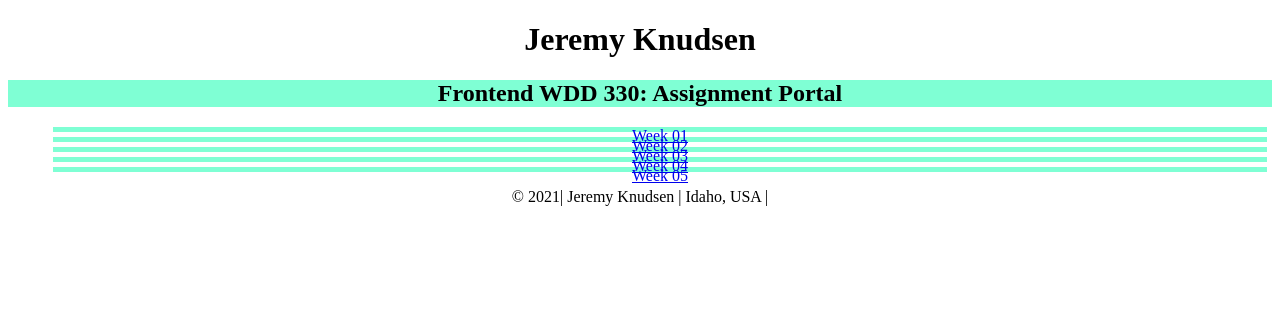
Repository: jknudsen97/WDD-330-Portfolio
Page: index.html
The author's editor kept a copy of each file at every save. The page is drawn from the files as they stood at one save, then again after the next save.
The browser window is 1280 px wide. The pictures show the whole page.

Above is the page before, as saved 2021-10-20 19:25:17.

### index.html
<!DOCTYPE html>
<html lang="en-US">
  <head>
    <meta charset="UTF-8" />
    <meta http-equiv="X-UA-Compatible" content="IE=edge" />
    <meta name="viewport" content="width=device-width, initial-scale=1.0" />
    <meta name="author" content="Jeremy Knudsen" />
    <script src="js/main.js" defer></script>
    <script src="js/script.js" defer></script>
    <link rel="stylesheet" href="css/style.css">
    <link rel="preconnect" href="https://fonts.googleapis.com" />
    <link rel="apple-touch-icon" sizes="180x180" href="/apple-touch-icon.png" />
    <link rel="icon" type="image/png" sizes="32x32" href="/favicon-32x32.png" />
    <link rel="icon" type="image/png" sizes="16x16" href="/favicon-16x16.png" />
    <link rel="mask-icon" href="/safari-pinned-tab.svg" color="#5bbad5" />
    <meta name="msapplication-TileColor" content="#da532c" />
    <meta name="theme-color" content="#ffffff" />
    <link rel="shortcut icon" href="/favicon.ico" />

    <title>Jeremy Knudsen Web Frontend 2: WDD330</title>
  </head>
  <body>
    <main>
      <header>
        <h1 class="nametitle">Jeremy Knudsen</h1>
      </header>

      <h2 class="assignmentheader">Frontend WDD 330: Assignment Portal</h2>
      <div id="assignments"></div>
      <footer>
        &copy; <span id="currentyear"></span>| Jeremy Knudsen | Idaho, USA |
      </footer>
    </main>
  </body>
</html>

### js/main.js
const requestLinks = "json/main.json";

fetch(requestLinks)
.then(function (response) {
  return response.json();
})
.then(function (jsObject){
  const weeks = jsObject['assignments'];
  console.log(weeks);

  let block = document.createElement('div');
  let ulList = document.createElement('ul');

  weeks.forEach( week => {
    let li = document.createElement('li');
    let a = document.createElement('a');
    a.setAttribute('href', week.url);
    a.textContent = week.label;
    li.append(a);
    ulList.append(li);
  })
  block.append(ulList)
  document.querySelector('#assignments').append(block);
})

### js/script.js
const date = new Date();
const options = {
      weekday: "long",
      month: "long",
      day: "numeric",
      year: "numeric",
    };
document.querySelector("#currentyear").innerHTML
= date.getFullYear();

### css/style.css
main{
    text-align: center;
}

.assignmentheader{
    background-color: aquamarine;
}

ul{
    list-style-type: none;
}

li{
    width: auto;
    height: 5px;
    border: 2px;
    margin: 5px;
    background-color: aquamarine;
}

li:hover{
    background-color: white;
}

### json/main.json
{
    "assignments": [

       {
          "label": "Week 01",
          "url": "week1/teamactivity.html"
       },

       {
        "label": "Week 02",
        "url": "week2/teamactivity.html"
       },

       {
         "label": "Week 03",
         "url": "week3/teamactivity.html"
      },

      {
         "label": "Week 04",
         "url": "week4/teamactivity.html"
      },

      {
         "label": "Week 05",
         "url": "week5/teamactivity.html"
      }

    ]
 }

After the next save:
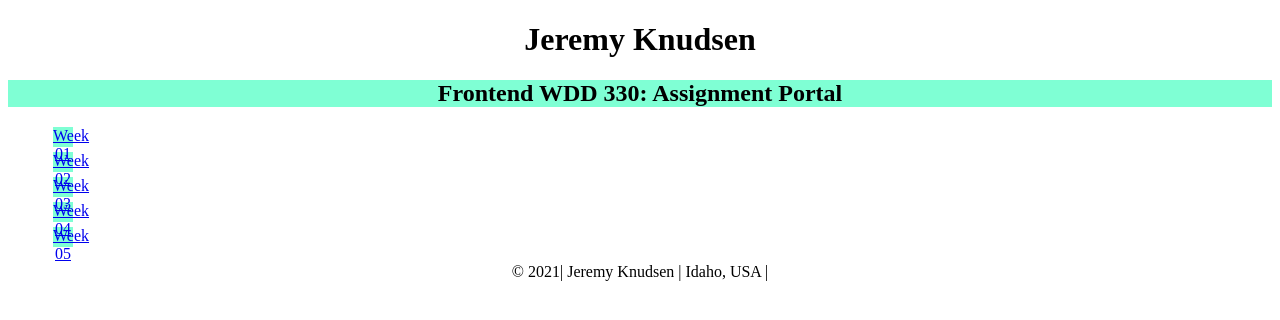
Saved 27 s later.
--- a/css/style.css
+++ b/css/style.css
@@ -11,8 +11,8 @@ ul{
 }
 
 li{
-    width: auto;
-    height: 5px;
+    width: 20px;
+    height: 20px;
     border: 2px;
     margin: 5px;
     background-color: aquamarine;
